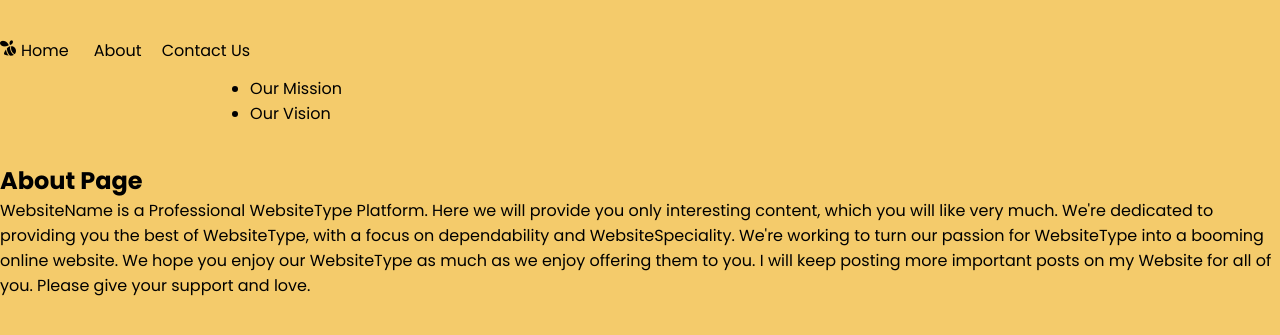
Repository: ble-syn/Random-user-generator-app
Page: /about
The author's editor kept a copy of each file at every save. The page is drawn from the files as they stood at one save, then again after the next save.
The browser window is 1280 px wide. The pictures show the whole page.
The project was rebuilt for these pictures with package versions that can differ from the ones it lists, and the page was loaded fresh each time. Also part of the build but not shown: src/components/pagination.jsx, src/components/ErrorFallback.jsx, src/components/User.jsx, src/pages/Home.jsx, src/pages/Policy.jsx, src/pages/Terms.jsx, src/pages/Contact.jsx, src/pages/NotFound.jsx.

Above is the page before, as saved 2022-10-28 18:42:41.

### src/index.css
@import url("https://fonts.googleapis.com/css2?family=Poppins:ital,wght@0,200;0,300;0,400;0,500;0,600;0,700;1,400&display=swap");
*{
  margin: 0;
  padding: 0;
  box-sizing: border-box;
}
a {
  text-decoration: none;
  color: #000;
}

body {
  background-color: #F4CB6B;
  font-family: "Poppins", sans-serif;
}
.container {
  width: 100%;
  max-width: 1300px;
  margin: 3% auto;

}

nav {
  display: flex;
  justify-content: first baseline;
  margin-bottom: 100px;
}
.logo{
  margin-right: 5px;
}
.menu {
  margin: 0 20px;
}

.home-container{
  display: flex;
  align-items: center;
}
/* LEFT STYLES */
#left {
  flex: 5;
}
#left h1 {
  font-size: 3rem;
  font-weight: 700;
  margin-bottom: 20px;
}
#left p {
  font-size: 1.2rem;
  margin-bottom: 20px;
}
.search-input {
  width: 80%;
  background-color: #dadada;
  border-radius: 12px;
  border: none;
  display: flex;
  place-items: center;
  padding-left: 15px;
  margin: 50px 0;
}
input {
  border: none;
  border-radius: 12px;
  background-color: inherit;
  width: 100%;
  height: 50px;
  padding-left: 5px;
  font-size: 20px;
}
input:focus {
  outline: none;
}
input::placeholder {
  color: #171717;
}
.user-link-cont {
  margin-top: 70px;
}
.user-link{
  margin-right: 80px;
  padding: 30px;
  border-radius: 10px;
  color: #FFF;
  cursor: pointer;
  border: none;
  box-shadow: 0px 2px 5px  rgba(0, 0, 0, 0.5);
}
.all-user {
  background-color: #BF9679;
}
.f-user{
  background-color: #F97661;
}
.m-user{
background-color: #8DCC50;
}

#right{
  height: 90vh;
  flex: 5;
  margin-left: 20px;
  background-color: #F2F2EF;
  border-radius: 20px;
  padding: 15px 30px;

}

.usercard {
  background-color: #F2F2EF;
  border-radius: 20px;
  display: flex;
  justify-content: space-between;
  align-items: center;
  padding: 20px;
  margin: 20px 0;
  box-shadow: 0px 2px 5px rgba(0, 0, 0, 0.5);
}

.usercard img {
 border: 5px solid #BF9679;;
  border-radius: 50%;
  margin: 5px 0;
}

.pagination {
  display: flex;
  justify-content: center;
  align-items: center;
  gap: 12px;
  margin: 20px 0;
}

.pagination-num {
  display: flex;
  justify-content: center;
  align-items: center;
  gap: 12px;
}

.pagination-child,
.prev,
.next {
  opacity: 1;
  border: 1px solid #000;
  padding: 8px 16px;
  cursor: pointer;
  border-radius: 10px;
  transition: all 0.3s ease;
}

.pagination-child:hover,
.prev:hover,
.next:hover {
  transform: scale(1.1);
}

.disabled {
  opacity: 0.5;
  cursor: not-allowed;
}
.notfound {
  display: flex;
  flex-direction: column;
  justify-content: center;
  align-items: center;
  height: 70vh;
  font-size: 2rem;
  font-weight: 700;
}
.notfound img{
  height: 200px;
}
.notfound button {
  margin-top: 20px;
  padding:10px 20px;
  background: none;
  border-radius: 10px;
  border: 1px solid black;
}

### src/App.js
import { BrowserRouter as Router, Routes, Route, Navigate} from "react-router-dom";
import Navbar from "./components/Navbar";
import Home from "./pages/Home";
import About from "./pages/About";
import Policy from "./pages/Policy";
import Terms from "./pages/Terms";
import Contact from "./pages/Contact";
import NotFound from "./pages/NotFound";

function App() {
  return (
    <div className="container">
      <Router>
        <Routes>
          <Route path="/" element={<Home />} />
          <Route path="/about" element={<About />}>
            <Route path="policy" element={<Policy />} />
            <Route path="terms" element={<Terms />} />
          </Route>
          <Route path="/contact" element={<Contact />} />
          <Route path="/not-found" element={<NotFound />} />
          <Route path="*" element={<Navigate to="/not-found" />} />
        </Routes>
      </Router>

    </div>
  );
}

export default App;

### src/components/Navbar.jsx
import React from "react";
import { Link } from "react-router-dom";
import bee from "../assets/bee.png";

function Navbar() {
    return (
      <nav className="header">
        <div className="logo">
          <Link to="/">
            <img className="logo" src={bee} alt="" />
          Home</Link>
        </div>


        <div>
            <Link to="/about" className="menu">About</Link>
        </div>
        <div>
            <Link to="/contact">Contact Us</Link>
        </div>
      </nav>
    );
  }

export default Navbar;

### src/pages/About.jsx
import React from "react";
import { Link, Outlet, useLocation } from "react-router-dom";
import Navbar from "../components/Navbar";

function About() {
  const location = useLocation();

  return (
    <div>
      <div className="home-container">
      <Navbar />
        <ul>
          <li>
            <Link to="/about/policy">Our Mission</Link>
          </li>
          <li>
            <Link to="/about/terms">Our Vision</Link>
          </li>
        </ul>
      </div>
      {location.pathname === "/about" ? (
        <div>
          <h2>About Page</h2>
          <p>
            WebsiteName is a Professional WebsiteType Platform. Here we will
            provide you only interesting content, which you will like very much.
            We're dedicated to providing you the best of WebsiteType, with a
            focus on dependability and WebsiteSpeciality. We're working to turn
            our passion for WebsiteType into a booming online website. We hope
            you enjoy our WebsiteType as much as we enjoy offering them to you.
            I will keep posting more important posts on my Website for all of
            you. Please give your support and love.
          </p>
        </div>
      ) : (
        <Outlet />
      )}
    </div>
  );
}

export default About;

Loaded but not shown: public/index.html (common file); src/index.js (common file); src/reportWebVitals.js (common file)

After the next save:
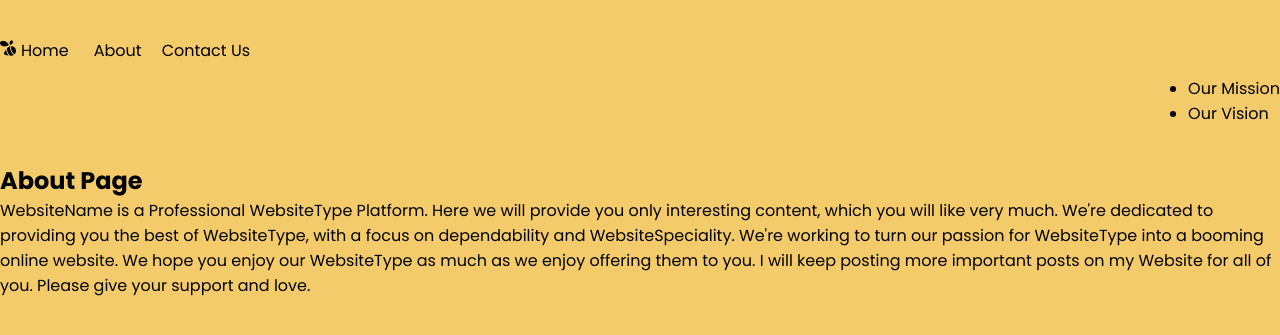
Saved 53 s later.
--- a/src/pages/About.jsx
+++ b/src/pages/About.jsx
@@ -9,6 +9,7 @@ function About() {
     <div>
       <div className="home-container">
       <Navbar />
+      <div id="left"></div>
         <ul>
           <li>
             <Link to="/about/policy">Our Mission</Link>
